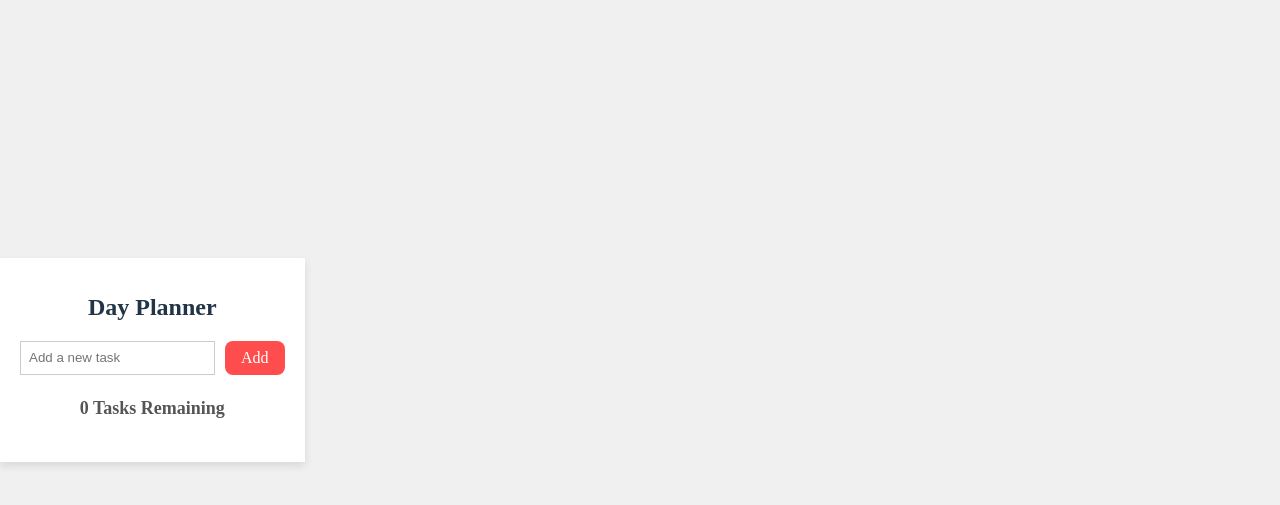
Repository: GavinPahal/Lab7
Page: /
The author's editor kept a copy of each file at every save. The page is drawn from the files as they stood at one save, then again after the next save.
The browser window is 1280 px wide. The pictures show the whole page.
The project was rebuilt for these pictures with package versions that can differ from the ones it lists, and the page was loaded fresh each time. Also part of the build but not shown: vite.config.js, src/components/Task.jsx.

Above is the page before, as saved 2024-10-23 16:42:07.

After the next save:
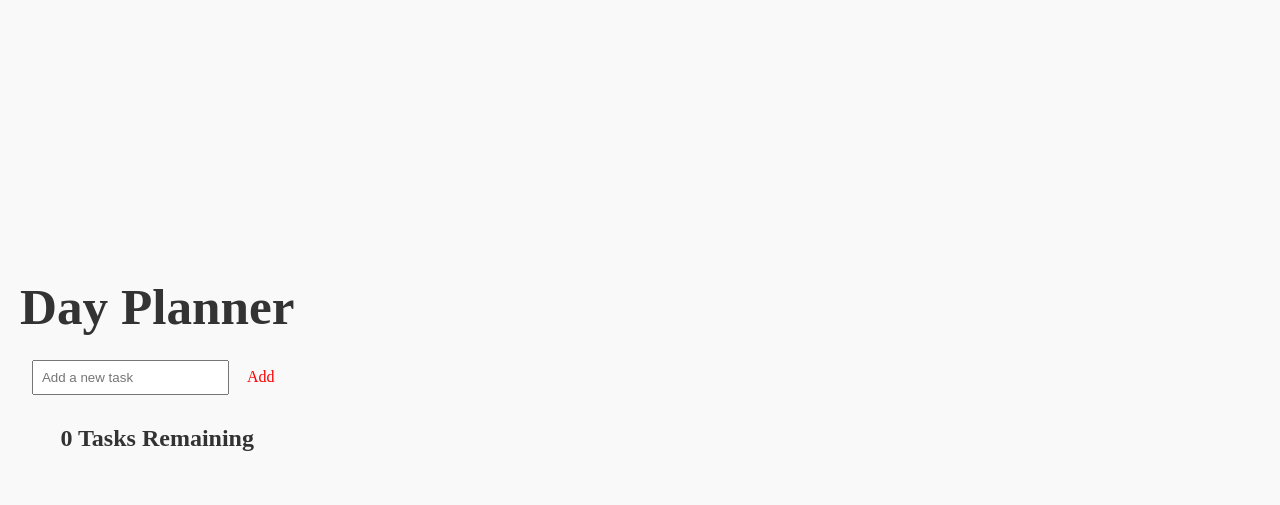
Saved 2 min 33 s later.
--- a/src/App.css
+++ b/src/App.css
@@ -1,32 +1,24 @@
 body {
   font-family: 'Times New Roman', serif;
-  background-color: #f0f0f0;
   margin: 0;
   padding: 0;
+  background-color: #f9f9f9;
 }
 
 .app {
   max-width: 400px;
   margin: 50px auto;
   padding: 20px;
-  background-color: white;
-  box-shadow: 0 4px 8px rgba(0, 0, 0, 0.1);
   text-align: center;
 }
 
-h1 {
-  font-size: 24px;
+h1, h2 {
   margin-bottom: 20px;
-}
-
-h2 {
-  font-size: 18px;
-  color: #555;
-  margin: 20px 0;
+  color: #333;
 }
 
 .task-list {
-  margin: 20px 0;
+  margin-top: 20px;
 }
 
 .task {
@@ -34,44 +26,23 @@ h2 {
   justify-content: space-between;
   align-items: center;
   padding: 10px;
-  background-color: #e0e0e0;
-  border: 1px solid #ccc;
   margin-bottom: 10px;
+  border-bottom: 1px solid #ddd;
 }
 
 .task.completed {
   text-decoration: line-through;
-  color: #888;
-}
-
-input[type="checkbox"] {
-  margin-right: 10px;
+  color: #aaa;
 }
 
 button {
-  background-color: #ff4d4d;
-  color: white;
   border: none;
-  padding: 5px 10px;
+  background: none;
+  color: red;
   cursor: pointer;
 }
 
-button:hover {
-  background-color: #ff1a1a;
+input[type="text"], button {
+  padding: 8px;
+  margin: 5px;
 }
-
-.task-form {
-  display: flex;
-  justify-content: space-between;
-}
-
-.task-form input {
-  flex: 1;
-  padding: 8px;
-  border: 1px solid #ccc;
-  margin-right: 10px;
-}
-
-.task-form button {
-  padding: 8px 16px;
-}
